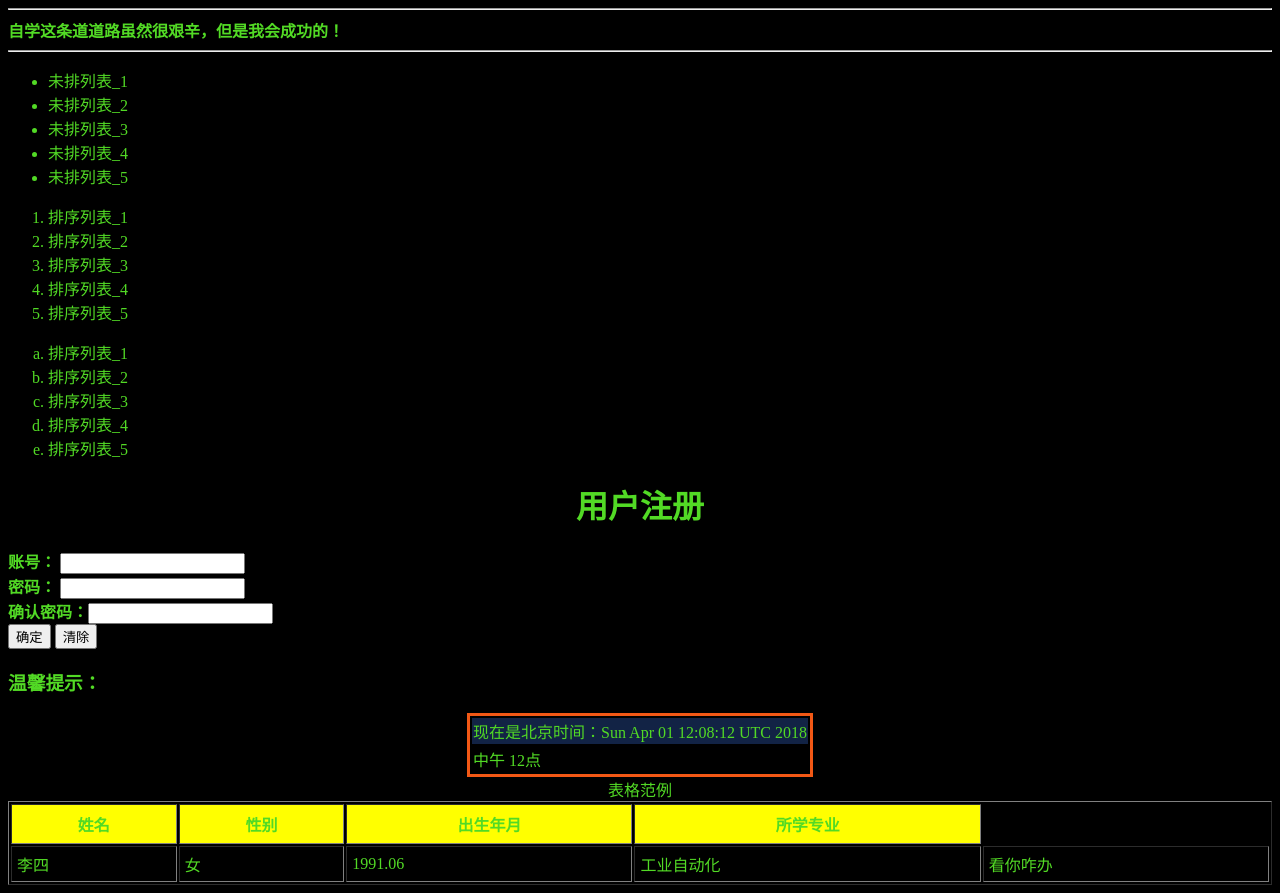
Repository: Coder-YJ/Java
Page: http://localhost/JspTest/test.jsp
The author's editor kept a copy of each file at every save. The page is drawn from the files as they stood at one save, then again after the next save.
The browser window is 1280 px wide. The pictures show the whole page.
The page is served by Tomcat 9. Other server files are loaded and not shown.

Above is the page before, as saved 2018-04-01 13:06:19.

### MyEclipse10/JspTest/WebRoot/test.jsp
<%@ page language="java" import="java.util.*" pageEncoding="UTF-8"%>
<%
	String path = request.getContextPath();
	String basePath = request.getScheme() + "://"
			+ request.getServerName() + ":" + request.getServerPort()
			+ path + "/";
%>
<html>
<head>
<title>我的第一个JSP例子</title>
</head>
<body text="#52DA25" bgcolor="000000">
	<hr>
	<b> 自学这条道道路虽然很艰辛，但是我会成功的！ </b>
	<hr>
	<ul type="disc">
		<li>未排列表_1</li>
		<li>未排列表_2</li>
		<li>未排列表_3</li>
		<li>未排列表_4</li>
		<li>未排列表_5</li>
	</ul>
	<ol>
		<li>排序列表_1</li>
		<li>排序列表_2</li>
		<li>排序列表_3</li>
		<li>排序列表_4</li>
		<li>排序列表_5</li>
	</ol>
	<ol type="a">
		<li>排序列表_1</li>
		<li>排序列表_2</li>
		<li>排序列表_3</li>
		<li>排序列表_4</li>
		<li>排序列表_5</li>
	</ol>
	<h1 align="center">用户注册</h1>
	<form action="Process.jsp" method="post">
		<b>账号：  </b><input type="text" name="id"><br>
		<b>密码：  </b><input type="password" name="password"><br>
		<b>确认密码：</b><input type="password" name="checkPWD"><br>
		<input type="submit" value="确定">
		<input type="reset" value="清除">
	</form>


	<table align="center" bordercolor="#F25815">
		<h3>温馨提示：</h3>
		<tr bgcolor="122345">
			<td>
				<%
					//获得当前的时间
					Date today = new Date();
					out.print("现在是北京时间：" + today);
				%>
			</td>
		</tr>
		<tr>
			<td>
				<%
					//获得当前时间中的小时
					int hour = today.getHours();
					if (0 <= hour && hour <= 5) {
						out.print("现在是北京时间凌晨 " + hour + "点");
					} else if (5 < hour && hour <= 10) {
						out.print("早上 " + hour + "点");
					} else if (10 < hour && hour < 13) {
						out.print("中午 " + hour + "点");
					} else if (13 <= hour && hour < 18) {
						out.print("下午 " + hour + "点");
					} else if (18 <= hour && hour < 21) {
						out.print("晚上 " + hour + "点");
					} else if (21 <= hour && hour < 24) {
						out.print("深夜 " + hour + "点");
					}
				%>
			</td>
		</tr>
	</table>

	<table width="100%" border="1" cellspaceing="3" cellpadding="5">
		<caption align="center">表格范例</caption>
		<tr height="40" bgcolor="FFFF00">
			<th>姓名</th>
			<th>性别</th>
			<th>出生年月</th>
			<th>所学专业</th>
		</tr>
		<tr>
			<td>李四</td>
			<td>女</td>
			<td>1991.06</td>
			<td>工业自动化</td>
			<td>看你咋办</td>
		</tr>
	</table>
</body>
</html>

After the next save:
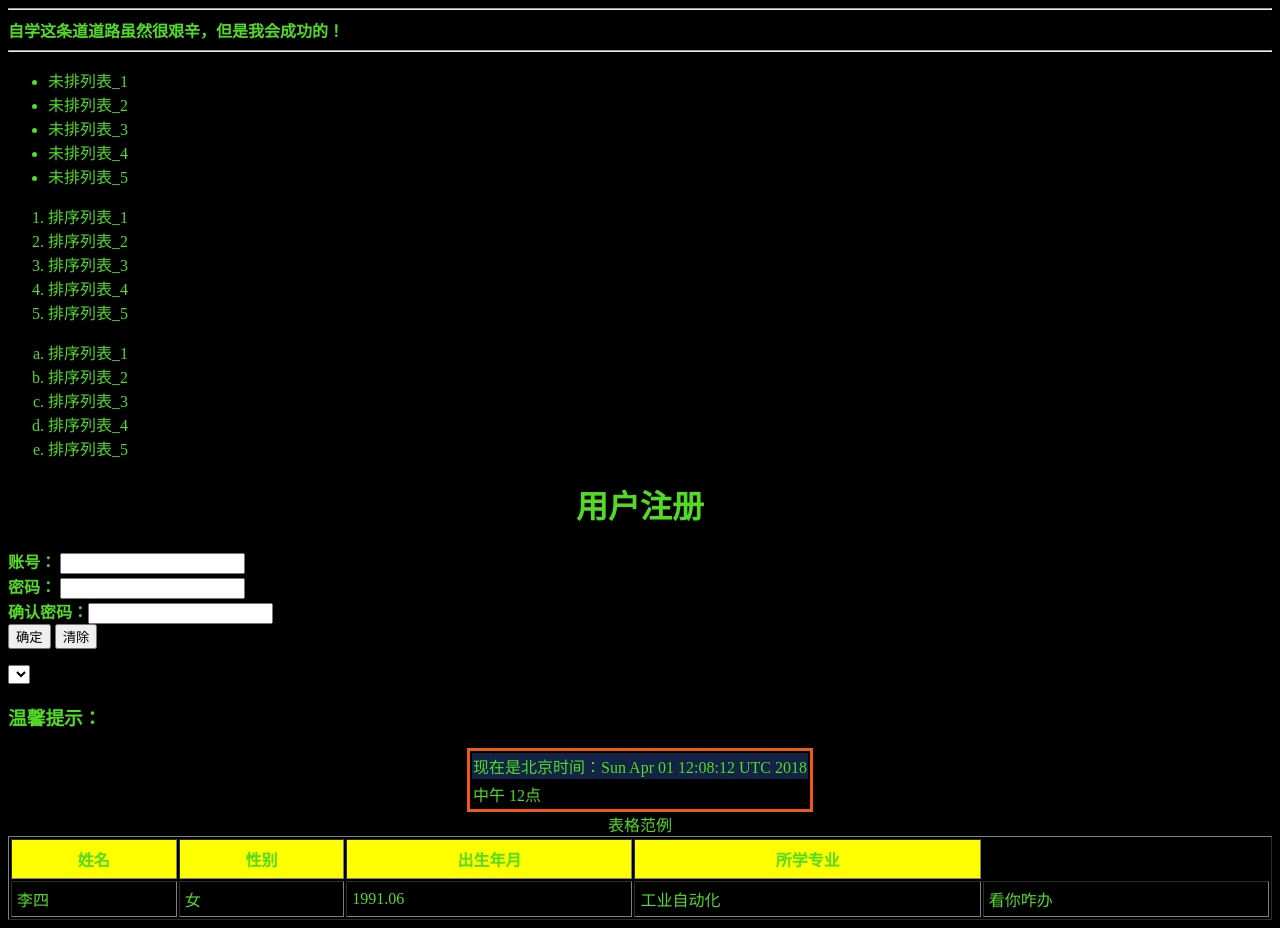
Saved 31 s later.
--- a/MyEclipse10/JspTest/WebRoot/test.jsp
+++ b/MyEclipse10/JspTest/WebRoot/test.jsp
@@ -42,7 +42,7 @@
 		<input type="submit" value="确定">
 		<input type="reset" value="清除">
 	</form>
-
+	<select> name="city_list" size="1"</select>
 
 	<table align="center" bordercolor="#F25815">
 		<h3>温馨提示：</h3>
